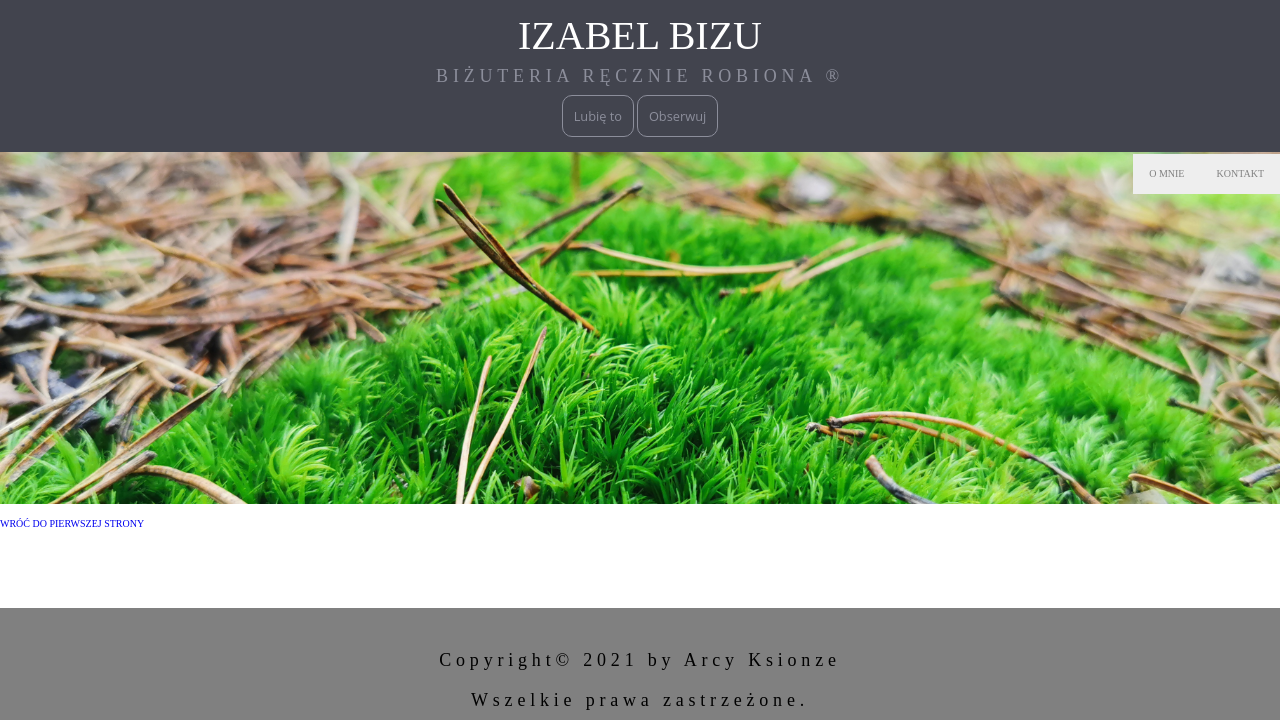
Repository: arcyksionze/strona_izy
Page: index2.html
These files come from the project's save history. The page is drawn as it stood at one moment and after the next save; the edit follows.
The browser window is 1280 px wide. The pictures show the whole page.
Some web fonts or font styles are not loaded; a fallback is used.

Above is the page before, as saved 2021-04-11 23:17:32.

### index2.html
<!DOCTYPE html>
<html lang="pl">

<head>
    <link rel="stylesheet" type="text/css" href="main2.css">
    <meta charset="UTF-8">
    <meta http-equiv="X-UA-Compatible" content="IE=edge">
    <meta name="viewport" content="width=device-width, initial-scale=1"> <!-- pozwala średzić w przeglądarce wygląd -->
    <meta name="arcy" content="arcy ksionze">
    <meta name="description" content="Biżuteria ręcznie robiona. ">
    <!-- bardzo ważny parametr w content opisuemy krótko to co wyświetlane jes póżniej pod tytułem strony w wyszukiwarce -->
    <title>Izabel-BIZU: Biżuteria ręcznie robiona</title>
    <link rel="preconnect" href="https://fonts.gstatic.com">
    <link href="https://fonts.googleapis.com/css2?family=Merienda&display=swap" rel="stylesheet">
    <!-- ważne aby wybrać czcionkę oznaczoną jako Latin Extended wtedy mamy pewność, że polskie znaki będą obsługiwane -->
</head>

<body>
    <header class="sek1">
        <div class="nag">
            <h1>IZABEL BIZU</h1>
        </div>

        <div class="akap">
            <p>BIŻUTERIA RĘCZNIE ROBIONA &reg; </p>
        </div>

        <div class="przycisk">
            <a class="przycisk1" href="#">Lubię to</a>
            <a class="przycisk2" href="#">Obserwuj</a>
        </div>
    </header>

    <nav class="sek2">
        <ul>
            <li><a href="#" class="kontakt">KONTAKT</a></li>
            <li><a href="#" class="omnie">O MNIE</a></li>
        </ul>
    </nav>

    <div class="sek3">
        <h2></h2>
        <!-- target blank powoduje otwarcie nowej zakładki po kliknięciu. target stosujemy tylko wtedy kiedy chcemy aby link przekierował kogoś na zewnętrzną lokalizację, w ramach naszej strony nie stosujemy tego typu rozwiązania. Jeśli chcemy aby po kliknięciu nastąpiło przeniesienie na jakąć część/sekcję na danej stronie stosujemy identyfikatory id i dodajemy w href="#nazwasekcji"-->
    </div>
    <!--
    <div class="sek6">
      <a href="http://www.eduweb.pl" target="blank"> eduweb.pl</a>
      <a href="https://www.google.com" target="blank">Google</a>
      <a href="https://twitter.com" target="blank">Twitter</a>
			<a href="https://www.facebook.com" target="blank">Facebook</a>
    </div>
-->
    <div class="sek4">
        <a href="index.html" title="Powrót do strony 1">WRÓĆ DO PIERWSZEJ STRONY </a>
        <!-- <a href="index3.html" title="Powrót do strony 1">Do przodu</a> -->
    </div>
    <footer class="sek5">
        <p>Copyright&copy; 2021 by Arcy Ksionze</p>
        <p>Wszelkie prawa zastrzeżone.</p>
    </footer>

</body>

</html>

### main2.css
/* reset meyere */
@import url("reset-css.css");

@font-face {
	font-family: "alex";
	src: url("alex.ttf");
	src: url(KaushanScript-Regular.otf);
}

@font-face {
	font-family: "kau";
	src: url(KaushanScript-Regular.otf);
}

body {
	/* WSZYSTKO */
	font-family: Merriweather, 'Times New Roman', serif;
	font-size: 10px;
	line-height: 2.5rem;
	/* odstęp pomiędzy wierszami */
}

/*
1) font-weight: pogrubienie tekstu
2) line-height: odstępy pomiędzy wierszami tekstu
3) font-style: tekst pochylony
4) text-indent: wcięcie w tekście w rem
5) text-transform: uppercase - zmienia trzcionkę na WIELKIE LITERY
6) text-decoration: np możemy ustawiś podkreślanie textu
*/

h1 {
	/* IZABEL BIZU */
	font-size: 2.5rem;
}

h2 {
	/* to jest pierwsza podstrona */
	font-family: 'Open Sans'Arial, sans-serif;
	font-size: 1.6rem;
	color: #e5127d;
}

p {
	/*Biżuteria ręcznie robiona i ...:)  */
	font-size: 1.125rem;
	/* wielkość czcionki */
	letter-spacing: 0.3rem;
	/* odległość pomiędzy literami */
	color: #8c8e9b;
}

a {
	/* wszystkie a: lubię to, Obserwuj, pokaż więcej i pokaż więcej postów */
	text-decoration: none;
	/* brak podkreślenia w "a" lubię to i Obserwuj */
}

.sek1 {
	/* to jest nagłówek z IZABEL BIZU, BIŻUTERIA RĘCZNIE ROBIONA ORAZ LUBIĘ TO I OBSERWUJ */
	display: flex;
	flex-direction: column;
	text-align: center;
	background-color: #42444e;
	color: white;
	width: 100vw;
	padding-top: 1rem;
	padding-bottom: 1rem;
}

.przycisk1,.przycisk2 {
	font-family: "Open Sans", sans-serif;
	font-size: 0.8rem;
	border: 1px solid #8c8e9b;
	/* obwódka, krawędź */
	color: #8c8e9b;
	border-radius: 10px;
	/* zaokrąglone krawędzie obwódki */
	padding: 0.7rem;
	;
}

.przycisk1:hover {
	border: 1px solid gray;
	background-color: aqua;
}

.przycisk2:hover {
	border: 1px solid gray;
	background-color: aqua;
}

.sek2 {
	text-align: center;
	width: 100%;
	height: 2.5rem;
}

.kontakt,
.omnie {
	display: inline-block;
	float: right;
	background-color: #eee;
	color: gray;
	padding-left: 1rem;
	padding-right: 1rem;
}

.omnie:hover {
	background-color: aqua;
}

.kontakt:hover {
	background-color: aqua;
}

.sek3 {
	background-image: url(obrazy/IMG_20210106_140751.jpg);
	background-size: cover;
	background-repeat: no-repeat;
	background-position: center center;
	margin-top: -2.6rem;
	font-family: 'Merienda';
	height: 6rem;
	text-align: center;
	padding: 10%;
}

.sek4 {
	position: fixed;
	color: purple;
	text-align: right;
}

.sek5 {
	position: absolute;
	width: 100%;
	height: 5rem;
	bottom: 0;
	background-color: grey;
	text-align: center;
	padding-top: 2rem;
}

.sek5 p {
	color: black;
}

.sek6 {
	width: 100%;
	height: 5rem;
	text-align: center;
}

.sek6 a:link {
	/* nieodwiedzony link */
	/* kolejność tych pozycji jest istotna */
	color: #FF0000;
}

/* odwiedzony link */
.sek6 a:visited {
	color: #00FF00;
}

/* po najechaniu */
.sek6 a:hover {
	color: #FF00FF;
	padding: 20px;
	background-color: cornflowerblue;
	font-size: 40px;
}

/* aktywny */
.sek6 a:active {
	color: #0000FF;
}


/* margin: 1 2 3 4 tzn. 1 górny margines, 2 prawy, 3 dolny, 4 lewy; jeśli wpiszemy tylko dwie wartości będą oznaczały: 1-góra i dół 2- prawo i lewo; wielkość np 20px auto oznacza że 20px to margines górny i dolny natomiast lewy iprawy będzie ustawiony automatycznie */

/* 1em i 1rem=100% */

/* POZYCJONOWANIE */
/*
1) position: relative - pozwala nam dodawanie marginesów z ręki. np. margin-top itp. kontenery mogą się na siebie nachodzić
2) position: absolute: odnosi się do rodzica
3) position: fixed - ustawia kontemer zawsze w tym samym miejscu przeglądarki podczas przeciągania
4) float left lub right jest to opcja powodująca opływanie tekstu. clear: both skreśla wcześniejsze float left lub right

*/

Loaded but not shown: reset-css.css (common file)

After the next save:
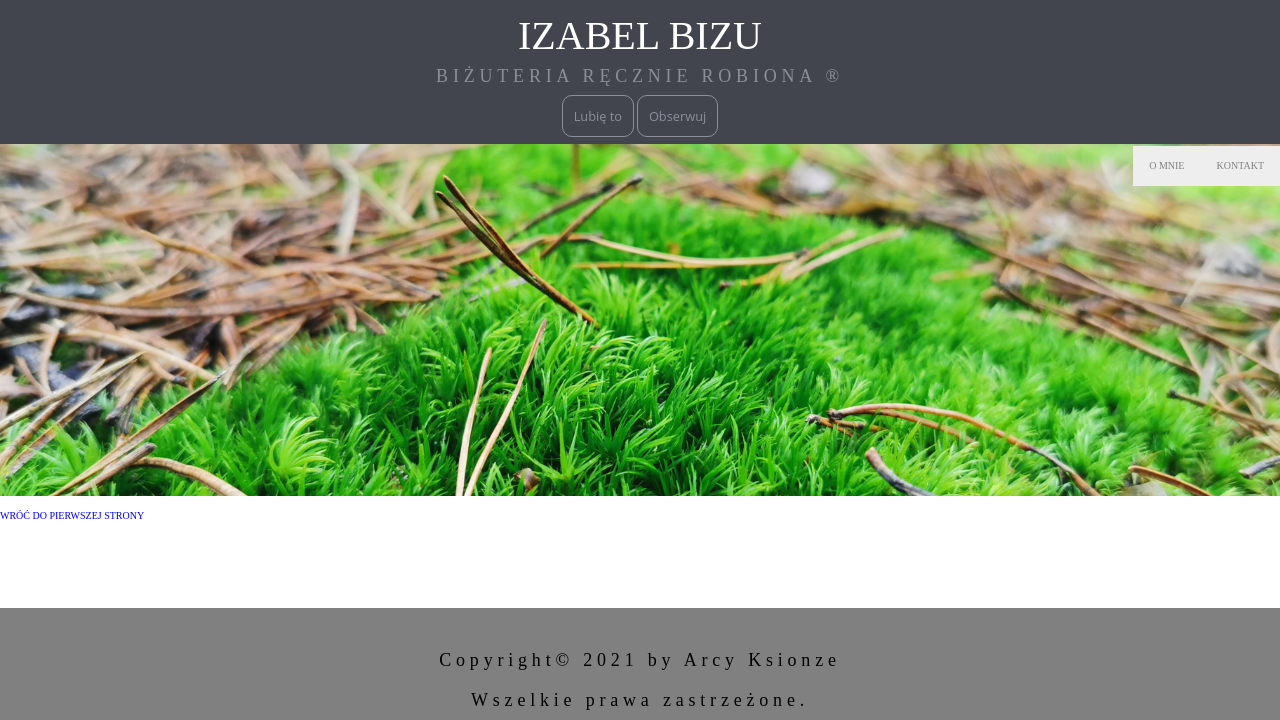
Saved 6 s later.
--- a/main2.css
+++ b/main2.css
@@ -65,7 +65,7 @@
 	color: white;
 	width: 100vw;
 	padding-top: 1rem;
-	padding-bottom: 1rem;
+	padding-bottom: 0.5rem;
 }
 
 .przycisk1,.przycisk2 {
